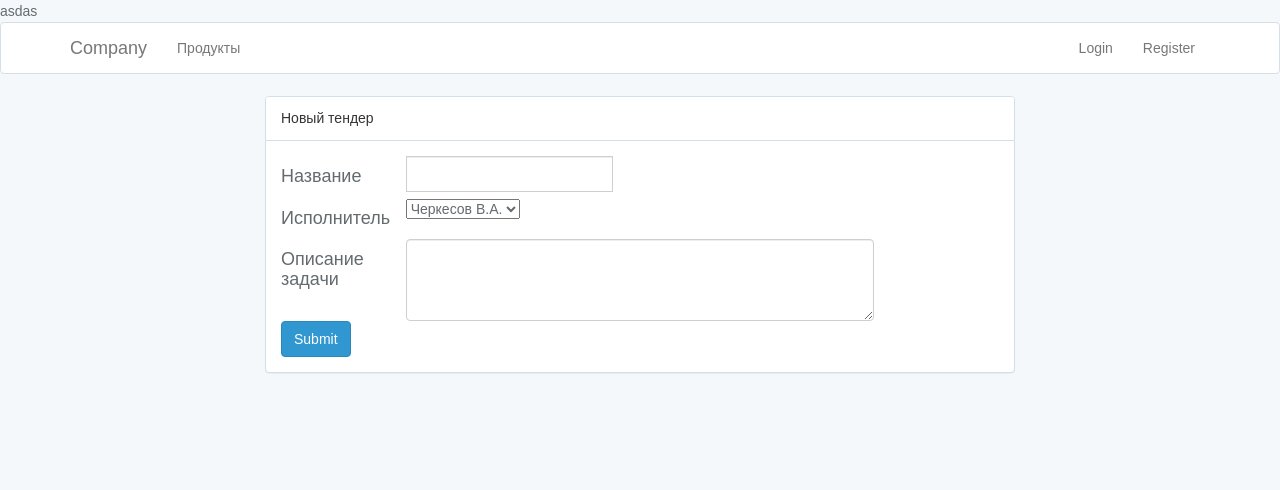
Repository: blackjack043/laravel-crud
Page: http://localhost/page2
These files come from the project's save history. The page is drawn as it stood at one moment and after the next save; the edit follows.
The browser window is 1280 px wide. The pictures show the whole page.
Some web fonts or font styles are not loaded; a fallback is used. The page is served by the project's Laravel application, run on PHP 8.4 with Laravel 8. Other server files are loaded and not shown.

Above is the page before, as saved 2022-03-06 21:00:12.

### routes/web.php
<?php

/*
|--------------------------------------------------------------------------
| Web Routes
|--------------------------------------------------------------------------
|
| Here is where you can register web routes for your application. These
| routes are loaded by the RouteServiceProvider within a group which
| contains the "web" middleware group. Now create something great!
|
*/
use Illuminate\Http\Request;
use App\Contact12;


Route::get('/', function () {
    return view('welcome');
});

Route::get('/page2', function () {
    return view('page2');
});



Route::post('/profile', 'ContactController@submit');

Auth::routes();

Route::get('/home', 'HomeController@index');

Auth::routes();

Route::get('/home', 'HomeController@index');

### resources/views/page2.blade.php
@extends('layouts.app2')

@section('content')
<div class="container">
    <div class="row">
        <div class="col-md-8 col-md-offset-2">
            <div class="panel panel-default">
                <div class="panel-heading">Новый тендер</div>
                <div class="panel-body">


        @if($errors->any())
            <div style=>
            @foreach ($errors->all() as $error)
            <div >
                {{$error}}
            </div>
            @endforeach
            </div>
         @endif
<form  method="POST" action="/profile">
{{ csrf_field() }}

                <div class="row" >
  <div class="col-md-2" ><h4>Название</h4></div>
  <div class="col-md-10">
<div class="input-group" >
<input type="text" name="label" class="form-control"  aria-describedby="sizing-addon2">
                </div></div>
</div>

<div class="row">
  <div class="col-md-2"><h4>Исполнитель</h4></div>
  <div class="col-md-10">
    <select name="ispolnitel">
    <option value="cherkesov">Черкесов В.А.</option>
    <option value="matancev">Матанцев Е.Р.</option>
    </select>
</div>
</div>

<div class="row">
  <div class="col-md-2"><h4>Описание задачи</h4></div>
  <div class="col-md-8">
		<textarea name="text" class="form-control" rows="3"></textarea>
</div>



</div>
<input type="submit" class="btn btn-primary">
</form>






                </div>
            </div>
        </div>
    </div>
</div>
@endsection

### resources/views/layouts/app2.blade.php
<!DOCTYPE html>
<html lang="en">
<head>
    <meta charset="utf-8">
    <meta http-equiv="X-UA-Compatible" content="IE=edge">
    <meta name="viewport" content="width=device-width, initial-scale=1">

    <!-- CSRF Token -->
    <meta name="csrf-token" content="{{ csrf_token() }}">

    <title>{{ config('app.name', 'Laravel') }}</title>

    <!-- Styles -->
    <link href="/css/app.css" rel="stylesheet">

    <!-- Scripts -->
    <script>
        window.Laravel = <?php echo json_encode([
            'csrfToken' => csrf_token(),
        ]); ?>
    </script>
</head>
<body>
    <div id="app">
        <div style="width: 320px; height:max-content">asdas</div>
        <nav class="navbar navbar-default">
            <div class="container">
                <div class="navbar-header">

                    <!-- Collapsed Hamburger -->
                    <button type="button " class="navbar-toggle collapsed" data-toggle="collapse" data-target="#app-navbar-collapse">
                        <span class="sr-only">Toggle Navigation</span>
                        <span class="icon-bar"></span>
                        <span class="icon-bar"></span>
                        <span class="icon-bar"></span>
                    </button>

                    <!-- Branding Image -->
                    <a class="navbar-brand" href="{{ url('/') }}">
                      Company
                    </a>
                </div>

                <div class="collapse navbar-collapse" id="app-navbar-collapse">
                    <!-- Left Side Of Navbar -->
                    <ul class="nav navbar-nav">
                        &nbsp;
                        <li ><a href="#">Продукты</a></li>
                    </ul>

                    <!-- Right Side Of Navbar -->
                    <ul class="nav navbar-nav navbar-right">
                        <!-- Authentication Links -->
                        @if (Auth::guest())
                            <li><a href="{{ url('/login') }}">Login</a></li>
                            <li><a href="{{ url('/register') }}">Register</a></li>
                        @else
                            <li class="dropdown">
                                <a href="#" class="dropdown-toggle" data-toggle="dropdown" role="button" aria-expanded="false">
                                    {{ Auth::user()->name }} <span class="caret"></span>
                                </a>

                                <ul class="dropdown-menu" role="menu">
                                    <li>
                                        <a href="{{ url('/logout') }}"
                                            onclick="event.preventDefault();
                                                     document.getElementById('logout-form').submit();">
                                            Logout
                                        </a>

                                        <form id="logout-form" action="{{ url('/logout') }}" method="POST" style="display: none;">
                                            {{ csrf_field() }}
                                        </form>
                                    </li>
                                </ul>
                            </li>
                        @endif
                    </ul>
                </div>
            </div>
        </nav>

        @yield('content')
    </div>

    <!-- Scripts -->
    <script src="/js/app.js"></script>
</body>
</html>

Loaded but not shown: app/Http/Controllers/Auth/LoginController.php (common file); app/Http/Controllers/Controller.php (common file); public/css/app.css (library); public/js/app.js (library)

After the next save:
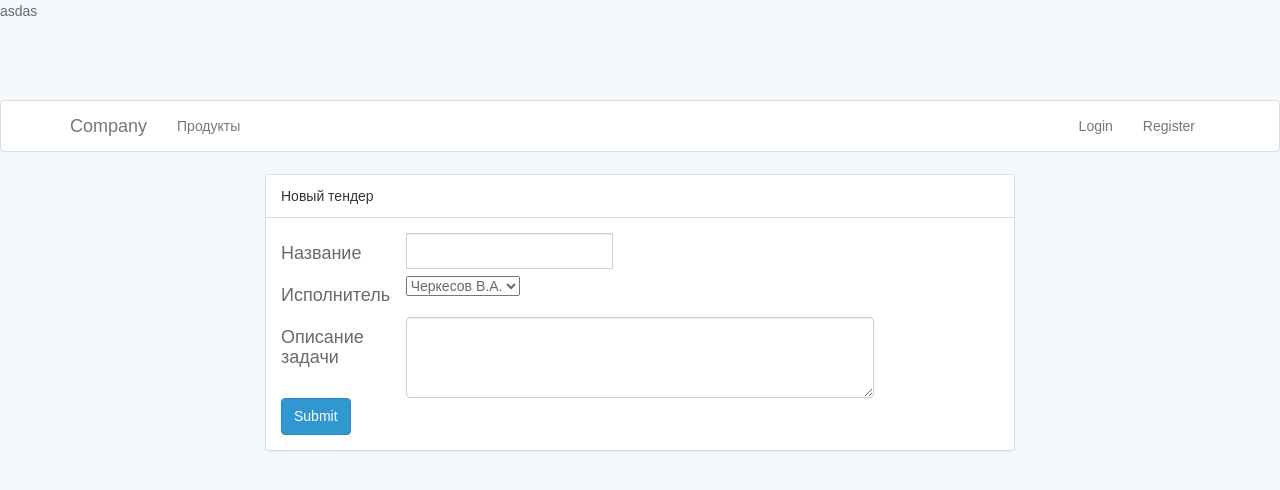
Saved 20 s later.
--- a/resources/views/layouts/app2.blade.php
+++ b/resources/views/layouts/app2.blade.php
@@ -22,7 +22,7 @@
 </head>
 <body>
     <div id="app">
-        <div style="width: 320px; height:max-content">asdas</div>
+        <div style="width: 320px; height: 100px;">asdas</div>
         <nav class="navbar navbar-default">
             <div class="container">
                 <div class="navbar-header">
